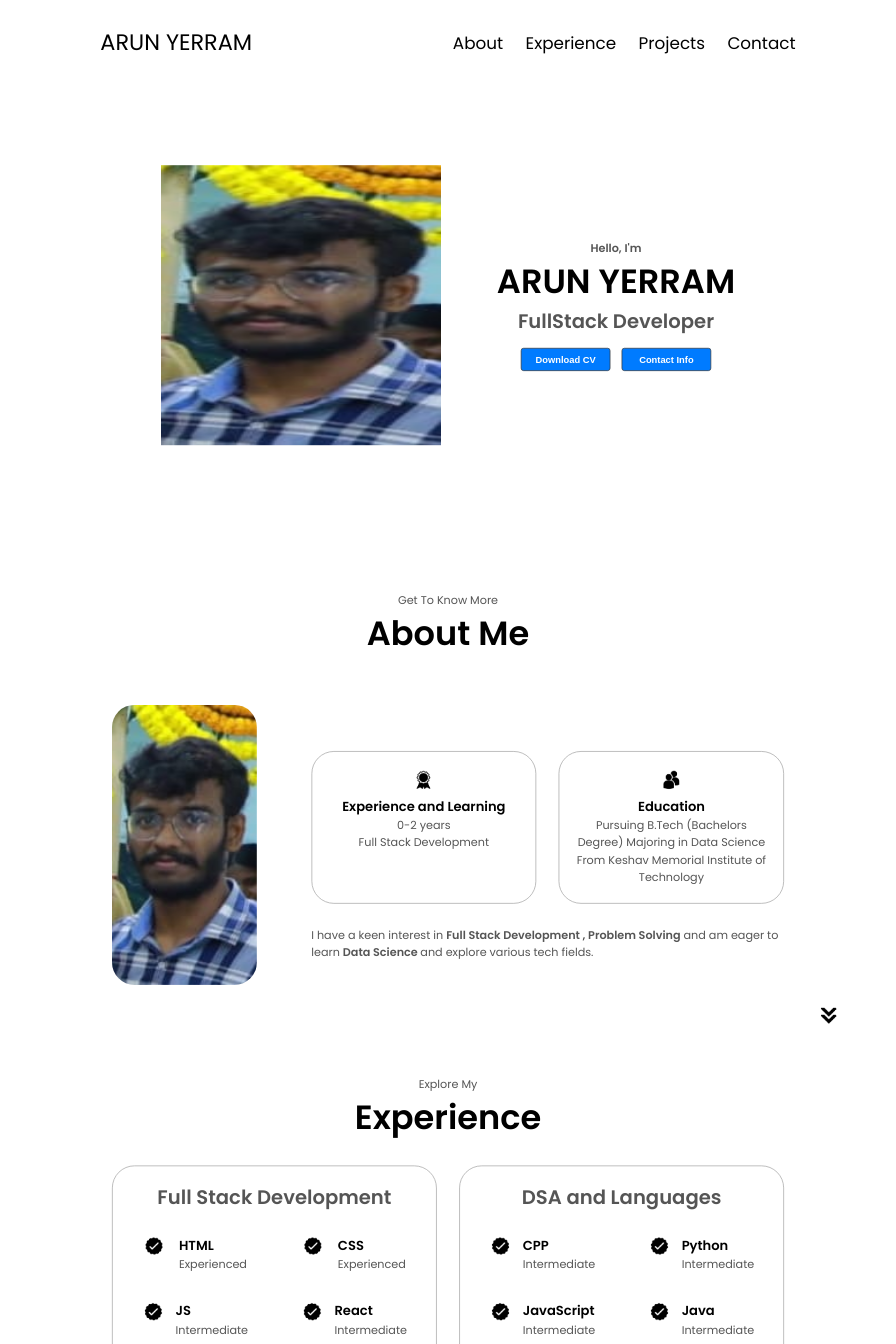
Repository: arunyerram/PortFolio
Page: index.html
An editor plug-in stored every save of this project. The page is shown before and after the next save, followed by the edit.
The browser window is 1280 px wide. The pictures show the part of the page from y = 0 to 1920 px (the page is 4784 px tall), at 70% of full size.

Above is the page before, as saved 2025-01-26 16:29:11.

### index.html
<!DOCTYPE html>
<html lang="en">
<head>
  <meta charset="UTF-8" />
  <meta http-equiv="X-UA-Compatible" content="IE=edge" />
  <meta name="viewport" content="width=device-width, initial-scale=1.0" />
  <title>My Portfolio</title>
  <link rel="stylesheet" href="style.css" />
  <link rel="stylesheet" href="mediaqueries.css" />
</head>
<body>
  <nav id="desktop-nav">
    <div class="logo">ARUN YERRAM</div>
    <div>
      <ul class="nav-links">
        <li><a href="#about">About</a></li>
        <li><a href="#experience">Experience</a></li>
        <li><a href="#projects">Projects</a></li>
        <li><a href="#contact">Contact</a></li>
      </ul>
    </div>
  </nav>
  <nav id="hamburger-nav">
    <div class="logo">ARUN YERRAM</div>
    <div class="hamburger-menu">
      <div class="hamburger-icon" onclick="toggleMenu()">
        <span></span>
        <span></span>
        <span></span>
      </div>
      <div class="menu-links">
        <li><a href="#about" onclick="toggleMenu()">About</a></li>
        <li><a href="#experience" onclick="toggleMenu()">Experience</a></li>
        <li><a href="#projects" onclick="toggleMenu()">Projects</a></li>
        <li><a href="#contact" onclick="toggleMenu()">Contact</a></li>
      </div>
    </div>
  </nav>
  <section id="profile">
    <div class="section__pic-container">
      <img src="./assets/Photo1.jpg" alt="John Doe profile picture" width="400px" height="400px" />
    </div>
    <div class="section__text">
      <p class="section__text__p1">Hello, I'm</p>
      <h1 class="title">ARUN YERRAM</h1>
      <p class="section__text__p2">FullStack Developer</p>
      <div class="btn-container">
        <button class="btn btn-color-2" onclick="window.open('./assets/My_Resume.pdf')">Download CV</button>
        <button class="btn btn-color-1" onclick="location.href='./#contact'">Contact Info</button>
      </div>

      <!-- <div id="coding-profiles">
        <p>My Coding Profiles</p>
        <div class="coding-icons">
          <img src="./assets/leetcode.png" alt="My LeetCode profile" class="icon" onclick="window.open('https://leetcode.com/u/arun_2005/', '_blank')" width="80px"/>
          <img src="./assets/GFG.jpeg" alt="My GFG profile" class="icon" width="80px" onclick="window.open('https://www.geeksforgeeks.org/user/arunyerram/?utm_source=geeksforgeeks&utm_medium=my_profile&utm_campaign=auth_user', '_blank')" />
          <img src="./assets/CodeChef.jpeg" alt="My CodeChef profile" class="icon" onclick="window.open('https://www.codechef.com/users/yarun2k05', '_blank')" width="80px"/>
          <img src="./assets/Codeforces.png" alt="My CodeForces profile" class="icon" width="80px" onclick="window.open('https://codeforces.com/profile/Arunyerram_12', '_blank')" />
          <img src="./assets/IB.png" alt="My InterviewBit profile" class="icon" width="80px" onclick="window.open('https://www.interviewbit.com/profile/yerram-arun/', '_blank')" />
        </div> -->
    </div>
  </section>
  <section id="about">
    <p class="section__text__p1">Get To Know More</p>
    <h1 class="title">About Me</h1>
    <div class="section-container">
      <div class="section__pic-container">
        <img src="./assets/Photo1.jpg" alt="Profile picture" class="about-pic" />
      </div>
      <div class="about-details-container">
        <div class="about-containers">
          <div class="details-container">
            <img src="./assets/experience.png" alt="Experience icon" class="icon" />
            <h3>Experience and Learning</h3>
            <p>0-2 years <br />Full Stack Development</p>
          </div>
          <div class="details-container">
            <img src="./assets/education.png" alt="Education icon" class="icon" />
            <h3>Education</h3>
            <p>Pursuing B.Tech (Bachelors Degree) Majoring in Data Science From Keshav Memorial Institute of Technology <br /></p>
          </div>
        </div>
        <div class="text-container">
          <p>I have a keen interest in <b>Full Stack Development , </b> <b>Problem Solving</b> and am eager to learn <b> Data Science </b> and explore various tech fields.</p>
        </div>
      </div>
    </div>
    <img src="./assets/arrow.png" alt="Arrow icon" class="icon arrow" onclick="location.href='./#experience'" />
  </section>
  <section id="experience">
    <p class="section__text__p1">Explore My</p>
    <h1 class="title">Experience</h1>
    <div class="experience-details-container">
      <div class="about-containers">
        <div class="details-container">
          <h2 class="experience-sub-title">Full Stack Development</h2>
          <div class="article-container">
            <article>
              <img src="./assets/checkmark.png" alt="Experience icon" class="icon" />
              <div>
                <h3>HTML</h3>
                <p>Experienced</p>
              </div>
            </article>

            <article>
              <img src="./assets/checkmark.png" alt="Experience icon" class="icon" />
              <div>
                <h3>CSS</h3>
                <p>Experienced</p>
              </div>
            </article>

            <article>
              <img src="./assets/checkmark.png" alt="Experience icon" class="icon" />
              <div>
                <h3>JS</h3>
                <p>Intermediate</p>
              </div>
            </article>

            <article>
              <img src="./assets/checkmark.png" alt="Experience icon" class="icon" />
              <div>
                <h3>React</h3>
                <p>Intermediate</p>
              </div>
            </article>

            <article>
              <img src="./assets/checkmark.png" alt="Experience icon" class="icon" />
              <div>
                <h3>MongoDB</h3>
                <p>Intermediate</p>
              </div>
            </article>

            <article>
              <img src="./assets/checkmark.png" alt="Experience icon" class="icon" />
              <div>
                <h3>Node JS</h3>
                <p>Intermediate</p>
              </div>
            </article>

            <article>
              <img src="./assets/checkmark.png" alt="Experience icon" class="icon" />
              <div>
                <h3>Express JS</h3>
                <p>Intermediate</p>
              </div>
            </article>

            <article>
              <img src="./assets/checkmark.png" alt="Experience icon" class="icon" />
              <div>
                <h3>Git & GitHub</h3>
                <p>Intermediate</p>
              </div>
            </article>

          </div>
        </div>
        <div class="details-container">
          <h2 class="experience-sub-title">DSA and Languages</h2>
          <div class="article-container">
            <article>
              <img src="./assets/checkmark.png" alt="Experience icon" class="icon" />
              <div>
                <h3>CPP</h3>
                <p>Intermediate</p>
              </div>
            </article>
            <article>
              <img src="./assets/checkmark.png" alt="Experience icon" class="icon" />
              <div>
                <h3>Python</h3>
                <p>Intermediate</p>
              </div>
            </article>

            <article>
              <img src="./assets/checkmark.png" alt="Experience icon" class="icon" />
              <div>
                <h3>JavaScript</h3>
                <p>Intermediate</p>
              </div>
            </article>

            <article>
              <img src="./assets/checkmark.png" alt="Experience icon" class="icon" />
              <div>
                <h3>Java</h3>
                <p>Intermediate</p>
              </div>
            </article>

            <article>
              <img src="./assets/checkmark.png" alt="Experience icon" class="icon" />
              <div>
                <h3>C</h3>
                <p>Intermediate</p>
              </div>
            </article>
          </div>
        </div>
      </div>
    </div>
    <img src="./assets/arrow.png" alt="Arrow icon" class="icon arrow" onclick="location.href='./#projects'" />
  </section>



  <section class="coding-profiles">
    <h2 class="section-title">My Coding Profiles</h2>
    <div class="card-container">
      <!-- LeetCode Card -->
      <div class="card">
        <img src="./assets/leetcode.jpg" alt="LeetCode" class="card-img">
        <div class="card-body">
          <h3 class="card-title">LeetCode</h3>
          <p class="card-text">Explore my coding journey on LeetCode.</p>
          <a href="https://leetcode.com/arun_2005" target="_blank" class="btn">View Profile</a>
        </div>
      </div>

      <!-- GeeksforGeeks Card -->
      <div class="card">
        <img src="./assets/geeksforgeeks.jpg" alt="GeeksforGeeks" class="card-img">
        <div class="card-body">
          <h3 class="card-title">GeeksforGeeks</h3>
          <p class="card-text">Check out my problem-solving on GFG.</p>
          <a href="https://www.geeksforgeeks.org/user/arunyerram/" target="_blank" class="btn">View Profile</a>
        </div>
      </div>

      <!-- Add More Cards -->
      <div class="card">
        <img src="./assets/codechef.jpg" alt="Codeforces" class="card-img">
        <div class="card-body">
          <h3 class="card-title">Codechef</h3>
          <p class="card-text">View my competitive programming stats.</p>
          <a href="https://www.codechef.com/users/yarun2k05" target="_blank" class="btn">View Profile</a>
        </div>
      </div>

      <div class="card">
        <img src="./assets/codeforces.jpg" alt="Codeforces" class="card-img">
        <div class="card-body">
          <h3 class="card-title">Codeforces</h3>
          <p class="card-text">View my competitive programming stats.</p>
          <a href="https://codeforces.com/profile/Arunyerram_12" target="_blank" class="btn">View Profile</a>
        </div>
      </div>

    </div>
  </section>




  <section id="projects">
    <p class="section__text__p1">Browse My Recent</p>
    <h1 class="title">Projects</h1>

    <div class="experience-details-container">

      <div class="about-containers">



        <div class="details-container color-container">
          <div class="article-container">
            <img src="./assets/project-2.png" alt="Project 2" class="project-img" />
          </div>
          <h2 class="experience-sub-title project-title">SAHAYA</h2>
          <!-- <div class="btn-container">
            <button class="btn btn-color-2 project-btn" onclick="location.href='https://github.com/ARUN-YERRAM/LecturesCheck'">GitHub</button>
            <button class="btn btn-color-2 project-btn" onclick="location.href=''">Live Demo</button>
          </div> -->
          <div class="btn-container">
            <a href="https://github.com/ARUN-YERRAM/Project-3-1-CHatbot-Mental-Health-" class="btn btn-color-2 project-btn" target="_blank">GitHub</a>
            <a href="" class="btn btn-color-2 project-btn" target="_blank">Live Demo</a>
          </div>

        </div>

        <div class="details-container color-container">
          <div class="article-container">
            <img src="./assets/project-2.png" alt="Project 2" class="project-img" />
          </div>
          <h2 class="experience-sub-title project-title">Diwali Sales Analysis</h2>
          <!-- <div class="btn-container">
            <button class="btn btn-color-2 project-btn" onclick="location.href='https://github.com/ARUN-YERRAM/LecturesCheck'">GitHub</button>
            <button class="btn btn-color-2 project-btn" onclick="location.href=''">Live Demo</button>
          </div> -->
          <div class="btn-container">
            <a href="https://github.com/ARUN-YERRAM/Project-3-1-CHatbot-Mental-Health-" class="btn btn-color-2 project-btn" target="_blank">GitHub</a>
            <a href="" class="btn btn-color-2 project-btn" target="_blank">Live Demo</a>
          </div>

        </div>

        <div class="details-container color-container">
          <div class="article-container">
            <img src="./assets/P1.png" alt="Project 1" class="project-img" />
          </div>
          <h2 class="experience-sub-title project-title">NYAAYSAHAAYAK</h2>
          <div class="btn-container">
            <button class="btn btn-color-2 project-btn" onclick="location.href='https://github.com/ARUN-YERRAM/NYAAYSAHAAYAK'">GitHub</button>
            <button class="btn btn-color-2 project-btn" onclick="location.href=''">Live Demo</button>
          </div>
        </div>

        <div class="details-container color-container">
          <div class="article-container">
            <img src="./assets/project-2.png" alt="Project 2" class="project-img" />
          </div>
          <h2 class="experience-sub-title project-title">LecturesCheck</h2>
          <div class="btn-container">
            <button class="btn btn-color-2 project-btn" onclick="location.href='https://github.com/ARUN-YERRAM/LecturesCheck'">GitHub</button>
            <button class="btn btn-color-2 project-btn" onclick="location.href=''">Live Demo</button>
          </div>
        </div>

      </div>

    </div>
    <img src="./assets/arrow.png" alt="Arrow icon" class="icon arrow" onclick="location.href='./#contact'" />
  </section>


  <section id="contact">
    <p class="section__text__p1">Get in Touch</p>
    <h1 class="title">Contact Me</h1>
    <div class="contact-info-upper-container">
      <div class="contact-info-container">
        <img src="./assets/email.png" alt="Email icon" class="icon contact-icon email-icon" />
        <p><a href="mailto:arunyerram12022005@gmail.com">arunyerram12022005@gmail.com</a></p>
      </div>
      <div class="contact-info-container">
        <img src="./assets/linkedin.png" alt="LinkedIn icon" class="icon contact-icon" />
        <p><a href="https://www.linkedin.com/in/arun-yerram/">LinkedIn</a></p>
      </div>
      <div class="contact-info-container">
        <img src="./assets/github.png" alt="LinkedIn icon" class="icon contact-icon" />
        <p><a href="https://www.github.com/ARUN-YERRAM/">GitHub</a></p>
      </div>

      <div class="contact-info-container">
        <img src="./assets/phone.png" alt="Phone icon" class="icon contact-icon" />
        <p><a href="tel:+91 630 199 0000">+91 9848427033</a></p>
    </div>
  </section>
  <footer>
    <nav>
      <div class="nav-links-container">
        <ul class="nav-links">
          <li><a href="#about">About</a></li>
          <li><a href="#experience">Experience</a></li>
          <li><a href="#projects">Projects</a></li>
          <li><a href="#contact">Contact</a></li>
        </ul>
      </div>
    </nav>
    <p>Copyright &#169; 2024 Arun Yerram. All Rights Reserved.</p>
  </footer>
  <script src="script.js"></script>
</body>
</html>

### mediaqueries.css
@media screen and (max-width: 1400px) {
  #profile {
    height: 83vh;
    margin-bottom: 6rem;
  }
  .about-containers {
    flex-wrap: wrap;
  }
  #contact,
  #projects {
    height: fit-content;
  }
}

@media screen and (max-width: 1200px) {
  #desktop-nav {
    display: none;
  }
  #hamburger-nav {
    display: flex;
  }
  #experience,
  .experience-details-container {
    margin-top: 2rem;
  }
  #profile,
  .section-container {
    display: block;
  }
  .arrow {
    display: none;
  }
  section,
  .section-container {
    height: fit-content;
  }
  section {
    margin: 0 5%;
  }
  .section__pic-container {
    width: 275px;
    height: 275px;
    margin: 0 auto 2rem;
  }
  .about-containers {
    margin-top: 0;
  }
}

@media screen and (max-width: 600px) {
  #contact,
  footer {
    height: 40vh;
  }
  #profile {
    height: 83vh;
    margin-bottom: 0;
  }
  article {
    font-size: 1rem;
  }
  footer nav {
    height: fit-content;
    margin-bottom: 2rem;
  }
  .about-containers,
  .contact-info-upper-container,
  .btn-container {
    flex-wrap: wrap;
  }
  .contact-info-container {
    margin: 0;
  }
  .contact-info-container p,
  .nav-links li a {
    font-size: 1rem;
  }
  .experience-sub-title {
    font-size: 1.25rem;
  }
  .logo {
    font-size: 1.5rem;
  }
  .nav-links {
    flex-direction: column;
    gap: 0.5rem;
    text-align: center;
  }
  .section__pic-container {
    width: auto;
    height: 46vw;
    justify-content: center;
  }
  .section__text__p2 {
    font-size: 1.25rem;
  }
  .title {
    font-size: 2rem;
  }
  .text-container {
    text-align: justify;
  }
}

Loaded but not shown: script.js (common file); style.css (523 lines, source omitted)

After the next save:
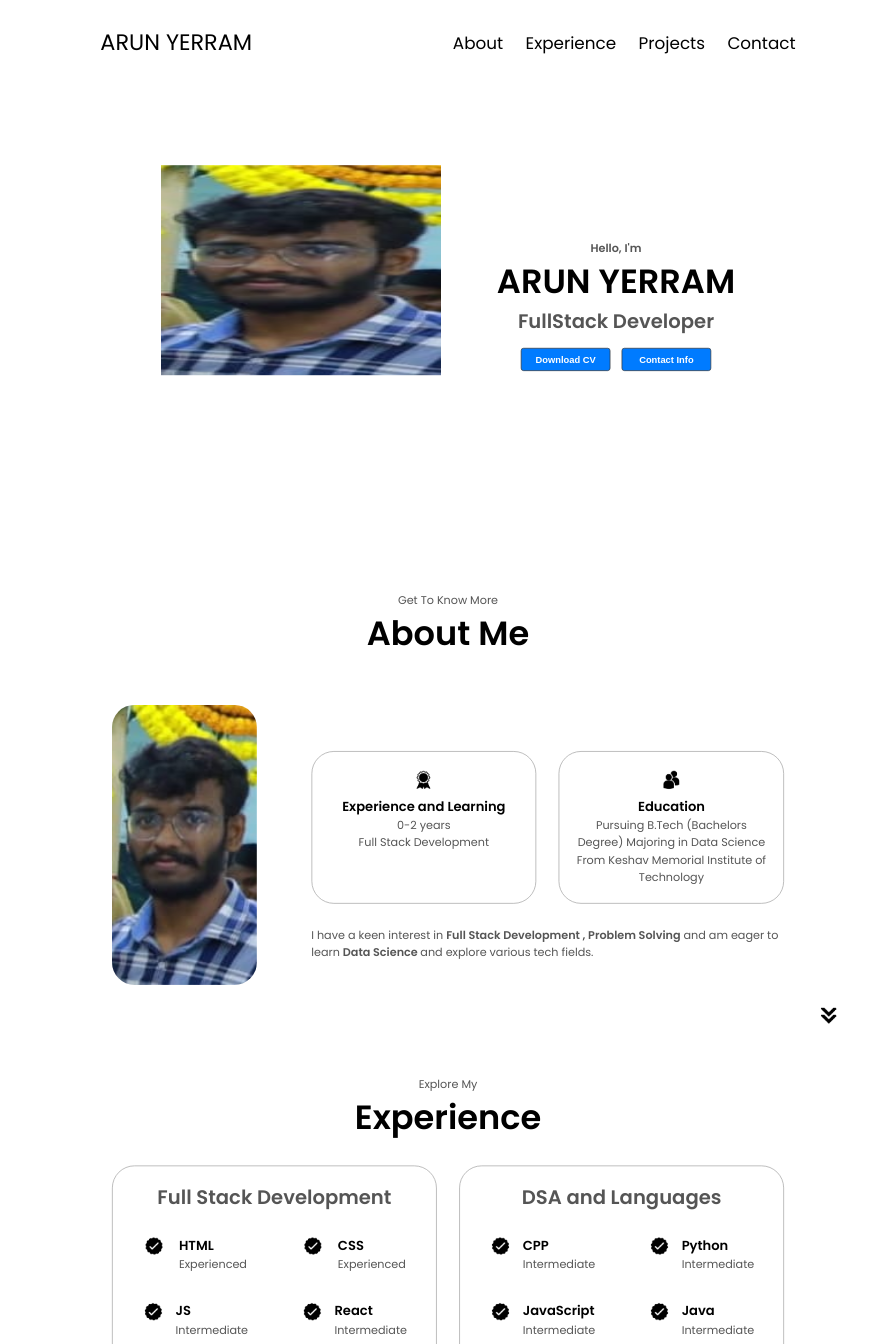
Saved 18 min 46 s later.
--- a/index.html
+++ b/index.html
@@ -38,7 +38,7 @@
   </nav>
   <section id="profile">
     <div class="section__pic-container">
-      <img src="./assets/Photo1.jpg" alt="John Doe profile picture" width="400px" height="400px" />
+      <img src="./assets/Photo1.jpg" alt="John Doe profile picture" width="400px" height="300px" />
     </div>
     <div class="section__text">
       <p class="section__text__p1">Hello, I'm</p>

After the save that followed:
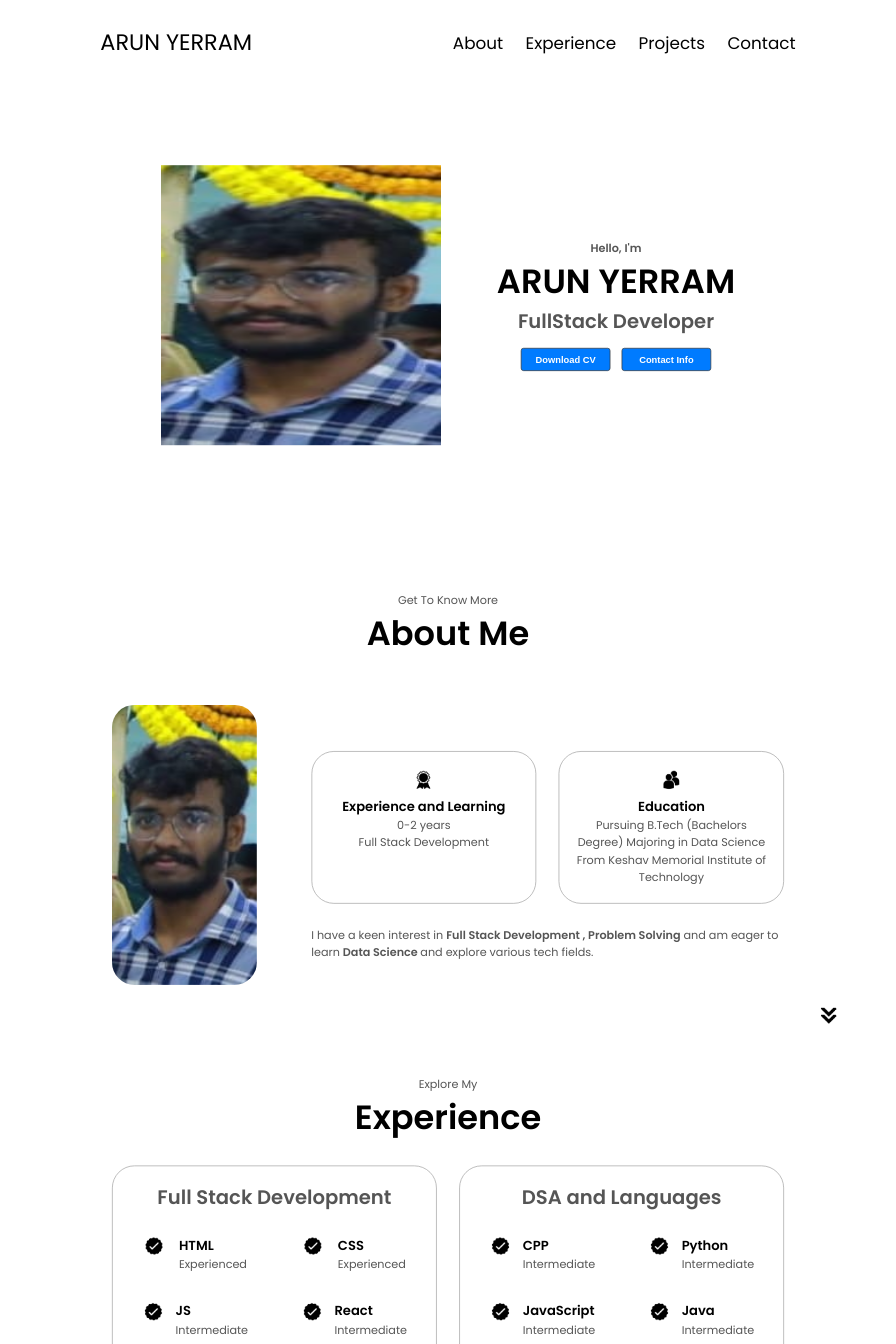
Saved 46 s later.
--- a/index.html
+++ b/index.html
@@ -38,7 +38,7 @@
   </nav>
   <section id="profile">
     <div class="section__pic-container">
-      <img src="./assets/Photo1.jpg" alt="John Doe profile picture" width="400px" height="300px" />
+      <img src="./assets/Photo1.jpg" alt="John Doe profile picture" width="400px" height="400px" />
     </div>
     <div class="section__text">
       <p class="section__text__p1">Hello, I'm</p>
